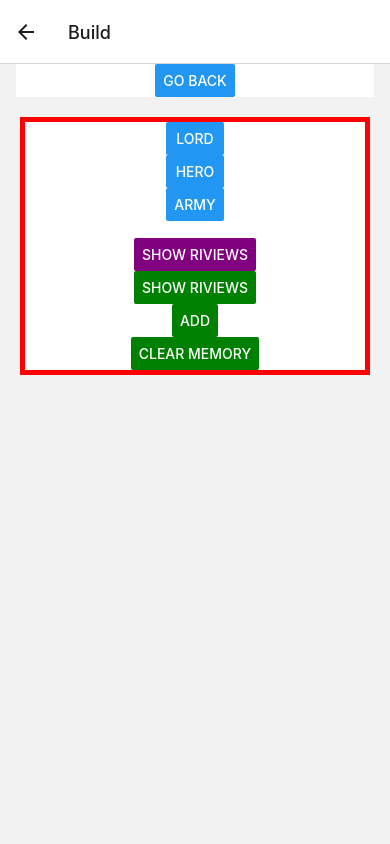
Repository: LingyuLiu11/mobile_app
Screen: /Build
The author's editor kept a copy of each file at every save. The screen is drawn from the files as they stood at one save, then again after the next save.
The app was drawn by React Native's web renderer in a window 390 px wide. The project was rebuilt for these pictures with package versions that can differ from the ones it lists, and the page was loaded fresh each time. Also part of the build but not shown: components/Reviews.js.

Above is the screen before, as saved 2021-10-25 00:35:48.

### App.js
import * as React from 'react';
import { Image, TextInput, FlatList, StyleSheet, View, Button, Text, Animated } from 'react-native';
import { NavigationContainer } from '@react-navigation/native';

import { createStackNavigator } from '@react-navigation/stack';
import Reviews from './components/Reviews'
import AsyncStorage from '@react-native-async-storage/async-storage';
import Builds from './components/Builds'


const Separator = () => (
  <View style={styles.separator} />
);



function Main({ navigation }) {


  return (


    <div>
      <View style={styles.container}>
        <Text>Main screen</Text>
        <Separator />
        <Button
          margintop = '10'
          title="Go to Profile"
          onPress={() => navigation.navigate('Profile')}
        />
        <Separator />

      </View>
      <View style = {styles.container}>
        <Button
          margintop = '10'
          title="Go to About"
          onPress={() => navigation.navigate('About')}
        />
        <Separator />
      </View>
      <View style = {styles.container}>
        <Button
          margintop = '10'
          title="Go to Reviews"
          onPress={() => navigation.navigate('Review')}
        />
      </View>
       <Separator />

       <View style = {styles.container}>
        <Button
          margintop = '10'
          title="Build your army"
          onPress={() => navigation.navigate('Build')}
        />
      </View>

    </div>
  );
}

function Profile({ navigation }) {

  const [text, setText] = React.useState("Your name");
  return (
    <div>
      <View style={{ flex: 1, justifyContent: 'center', alignItems: 'center' }}>
        <Text>Profile screen</Text>
        <Separator />
        <Button title="Go back" onPress={() => navigation.goBack()} />
      </View>


      <View style={{ flex: 1, justifyContent: 'center', alignItems: 'center' }}>
        <TextInput
          style={styles.input}
          placeholder="Your name"
          value={text}
          onChangeText={text => setText(text)}
        />
        <Text style={{padding: 10, fontSize: 42}}>
        Hello {text.split(' ').map((word) => word ).join(' ')}
        </Text>
      </View>

      <View style={{ flex: 1, justifyContent: 'center', alignItems: 'center', flexDirection: "row" }}>
        <View style={{ flex: 1, justifyContent: 'center', alignItems: 'center' }}>
          <Image
            style={{
              resizeMode: "cover",
              height: 100,
              width: 200
            }}
            source={"https://upload.wikimedia.org/wikipedia/en/2/27/Total_War_Warhammer_3_cover_art.jpg"}
          />
          <Text>Totalwar Warhammer 3!</Text>
          </View>
        <Separator />
        <View style={{ flex: 1, justifyContent: 'center', alignItems: 'center' }}>
          <Image
            style={{
              resizeMode: "cover",
              height: 100,
              width: 200
            }}
            source={"https://www.nme.com/wp-content/uploads/2021/09/Total-Warhammer-3-Grand-Cathay-Dragon.jpg"}
          />
        <Text>Grand Cathay</Text>
        </View>
        <View style={{ flex: 1, justifyContent: 'center', alignItems: 'center' }}>

        <Image
          style={{
            resizeMode: "cover",
            height: 100,
            width: 200
          }}
          source={"https://encrypted-tbn0.gstatic.com/images?q=tbn:ANd9GcSM9n6tQzcRE8CXMXP5GXIIgYIF3wXVMZy4JA&usqp=CAU"}
        />
        <Text>Kislev</Text>
        </View>

      </View>


    </div>
  );
}

function About({ navigation }) {
  return (
    <div>
      <View style={{ flex: 1, justifyContent: 'center', alignItems: 'center' }}>
        <Text>About screen</Text>
        <Separator />
        <FlatList
          data={[
            {key: 'Lingyu Liu'},
            {key: 'CS 153A'},
            {key: 'Assignment2'},

          ]}
          renderItem={({item}) => <Text style={styles.item}>{item.key}</Text>}
        />

      </View>

      <View style = {styles.container}>
          <Button title="Go back" onPress={() => navigation.goBack()} />
      </View>
    </div>
  );
}

function Review({ navigation }) {
  return (
    <div>
      <View style = {styles.container}>
          <Button title="Go back" onPress={() => navigation.goBack()} />
      </View>
      <Reviews />
    </div>

  );
}

function Build({ navigation }) {
  return (
    <div>
      <View style = {styles.container}>
          <Button title="Go back" onPress={() => navigation.goBack()} />
      </View>
      <Builds />
    </div>

  );
}



const forFade = ({ current, next }) => {
  const opacity = Animated.add(
    current.progress,
    next ? next.progress : 0
  ).interpolate({
    inputRange: [0, 1, 2],
    outputRange: [0, 1, 0],
  });

  return {
    leftButtonStyle: { opacity },
    rightButtonStyle: { opacity },
    titleStyle: { opacity },
    backgroundStyle: { opacity },
  };
};

const Stack = createStackNavigator();

function MyStack() {
  return (
    <Stack.Navigator>
      <Stack.Screen
        name="Main"
        component={Main}
        options={{
          headerTintColor: 'white',
          headerStyle: { backgroundColor: 'tomato' },
        }}
      />
      <Stack.Screen
        name="Profile"
        component={Profile}
        options={{ headerStyleInterpolator: forFade }}
      />
      <Stack.Screen
        name="About"
        component={About}
        options={{ headerStyleInterpolator: forFade }}
      />
      <Stack.Screen
        name="Review"
        component={Review}
        options={{ headerStyleInterpolator: forFade }}
      />
      <Stack.Screen
        name="Build"
        component={Build}
        options={{ headerStyleInterpolator: forFade }}
      />



    </Stack.Navigator>
  );
}



export default function App() {
  return (
    <NavigationContainer>
      <MyStack />
    </NavigationContainer>
  );
}

const styles = StyleSheet.create({
  container: {
    flex: 1,
    justifyContent: 'center',
    alignItems: 'center',
    backgroundColor: '#fff',
    alignItems: 'center',
    justifyContent: 'center',
    marginHorizontal: 16,
  },
  separator: {
    marginVertical: 8,
    borderBottomColor: '#737373',
    borderBottomWidth: StyleSheet.hairlineWidth,
  },
  item: {
    padding: 10,
    fontSize: 18,
    height: 44,
  },
  input: {
    height: 40,
    margin: 12,
    borderWidth: 1,
    padding: 10,
  },
});

### components/Builds.js
import React, { useState, useEffect } from "react";
import { Image, TextInput, FlatList, StyleSheet, View, Button, Text, Animated, SafeAreaView, StatusBar } from 'react-native';
import AsyncStorage from '@react-native-async-storage/async-storage';

const Separator = () => (
    <View style={styles.separator} />
  );

const Builds = () => {
    const [builds, setBuilds] = useState([]);
    const [debugging,setDebugging] = useState(false)
    const [curr,setCurr] = useState('')
    const [currlooking,setCurrlooking] = useState(false)

    useEffect(() => {getData()}, []);

    let debugView = "";
  if (debugging) {
    debugView =
      <View>
          {builds.map((build) =>
          <View><Text style ={{color:'red'}}>{build}</Text></View>
        )}
        <Separator />
      </View>

  }

  let currView = "";
  if (debugging) {
    currView =
      <View>

          <Text style ={{color:'blue'}}>{curr}</Text>

        <Separator />
      </View>
}



    const storeData = async (value) => {
        try {
          const jsonValue = JSON.stringify(value)
          await AsyncStorage.setItem('@reviews', jsonValue)
          console.log('just stored '+jsonValue)
        } catch (e) {
          console.dir(e)
        }
    }

    const getData = async() => {
      try {
        const jsonValue = await AsyncStorage.getItem('@reviews')
        let data = null
        if (jsonValue != null) {
          data = JSON.parse(jsonValue)
          setBuilds(data);
          setCurr('');
        } else {
          setBuilds([]);
          setCurr('')

        }
      } catch (e) {
        console.dir(e)
      }

    }



    const clearAll = async () => {
        try {
          console.log('in clearData')
          await AsyncStorage.clear()
        } catch(e) {
          console.log("error in clearData ")
          console.dir(e)
          // clear error
        }
  }


    const DATA = [
        {
          id: 'bd7acbea-c1b1-46c2-aed5-3ad53abb28ba',
          title: 'Lord',
        },
        {
          id: '3ac68afc-c605-48d3-a4f8-fbd91aa97f63',
          title: 'Hero',
        },
        {
          id: '58694a0f-3da1-471f-bd96-145571e29d72',
          title: 'Army',
        },
      ];

      const Item = ({ title }) => {
        return (
          <View style={styles.item}>
            <Button style={styles.title} title={title }
                onPress={()=> {
                    const newCurr = curr.concat(title + ' ');
                    setCurr(newCurr);
                    storeData(newCurr);
                  }}

            />
          </View>
        );
      }

        const renderItem = ({ item }) => (
          <Item title={item.title} />
        )
      return (
        <SafeAreaView style={styles.container}>
          <FlatList
            data={DATA}
            renderItem={renderItem}
            keyExtractor={item => item.id}
          />
          <Separator />
          <Button
                  title={(currlooking?'hide':'show')+" Riviews" }
                  color="purple"
                  onPress = {() => setCurrlooking(!currlooking)}
                  />
          <currView/>
      <Button
                  title={(debugging?'hide':'show')+" Riviews" }
                  color="green"
                  onPress = {() => setDebugging(!debugging)}
                  />
                  {debugView}

                  <Button
          color="green"
          title="Add"
          onPress={()=> {
            const newBuilds = builds.concat(curr);
            setBuilds(newBuilds);
            storeData(newBuilds);
            setCurr('');
          }}/>
          <Button
                  color='green' title='Clear memory'
                  onPress = {() => {
                        console.log('clearing memory');
                        clearAll()
                      }}
                />
        </SafeAreaView>


      );
}

const styles = StyleSheet.create({
    container: {
        flex: 1,
        flexDirection:'column',
        backgroundColor: '#fff',
        alignItems: 'center',
        justifyContent: 'center',
        border: "thick solid red",
        margin:"20px",
        padding:"20px",
      },
      separator: {
      marginVertical: 8,
      borderBottomColor: '#737373',
      borderBottomWidth: StyleSheet.hairlineWidth,
    },
  });

export default Builds;

After the next save:
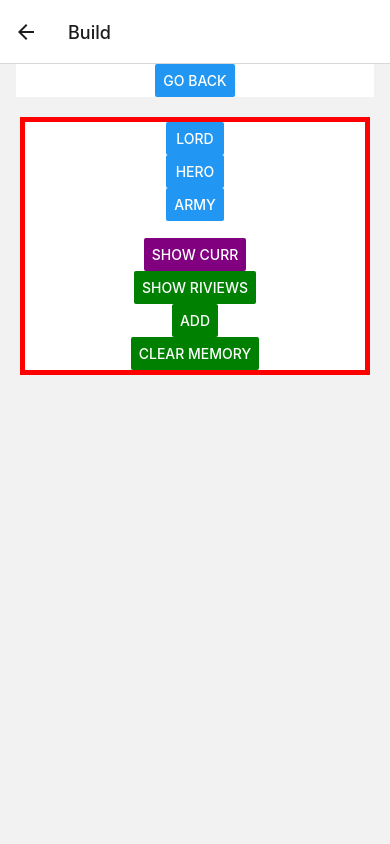
Saved 38 s later.
--- a/components/Builds.js
+++ b/components/Builds.js
@@ -124,7 +124,7 @@ const Builds = () => {
           />
           <Separator />
           <Button
-                  title={(currlooking?'hide':'show')+" Riviews" }
+                  title={(currlooking?'hide':'show')+" Curr" }
                   color="purple"
                   onPress = {() => setCurrlooking(!currlooking)}
                   />
